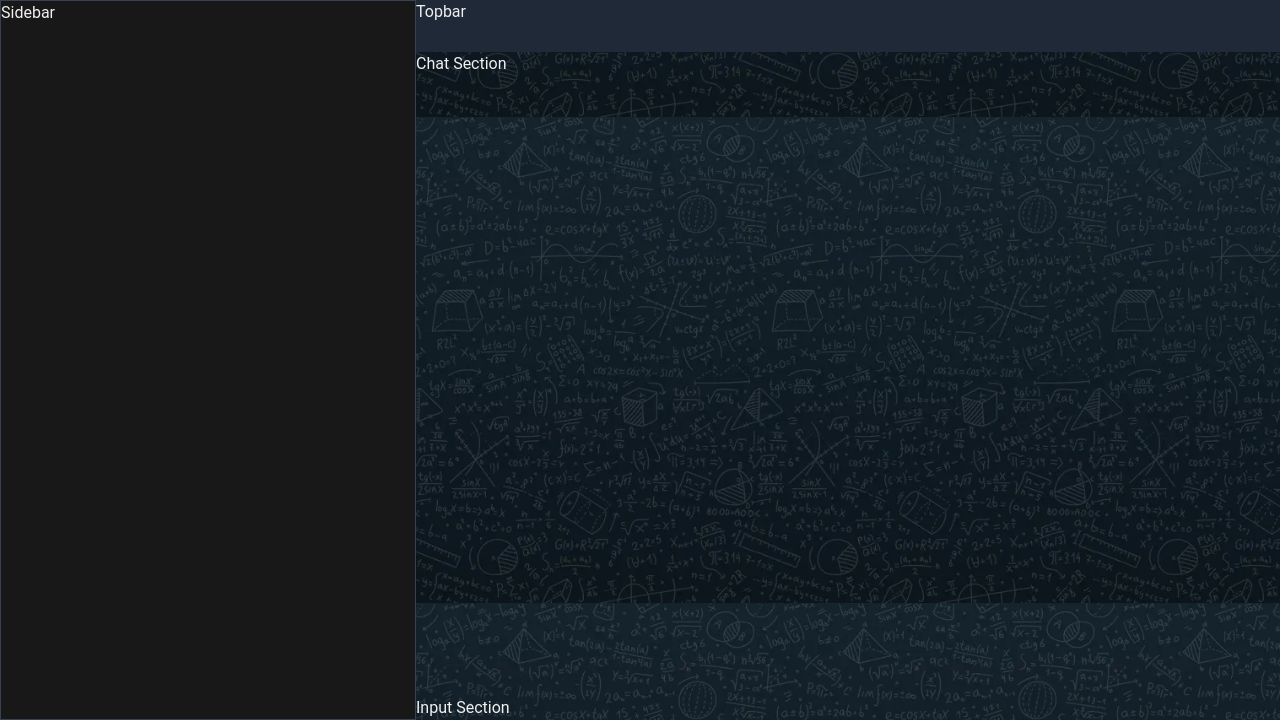
Repository: Qu4ntumGuy/telegram-clone
Page: /
These files come from the project's save history. The page is drawn as it stood at one moment and after the next save; the edit follows.
The browser window is 1280 px wide. The pictures show the whole page.
The project was rebuilt for these pictures with package versions that can differ from the ones it lists, and the page was loaded fresh each time. Also part of the build but not shown: src/Utils/ContextProvider.js.

Above is the page before, as saved 2024-07-15 11:34:10.

### src/index.css
@tailwind base;
@tailwind components;
@tailwind utilities;

:root {
  font-family: "Roboto", sans-serif;
  color-scheme: light;
  body {
    @apply bg-[#181818] text-[#f0f0f0];
  }
}
/*
:root {
  @apply bg-[#181818];
} */

### src/App.js
import { Routes, BowserRouter, Route } from "react-router-dom";
import Sidebar from "./Components/Sidebar";
import Home from "./Pages/Home/Home";

function App() {
  return (
    <div className="flex max-w-[105rem] mx-auto">
      <Sidebar />

      <Home />
    </div>
  );
}

export default App;

### src/Components/Sidebar.js
import React from "react";
import { useComponentContext } from "../Utils/ContextProvider";

function Sidebar() {
  const context = useComponentContext();
  return (
    <div className="min-w-[26rem] border border-gray-700 h-screen">Sidebar</div>
  );
}

export default Sidebar;

### src/Pages/Home/Home.js
import React from "react";
import backgroundImage from "../../Assets/Desktop.webp";

function Home() {
  const image =
    "https://blog.1a23.com/wp-content/uploads/sites/2/2020/02/pattern_02-150x150.png";

  //   const divStyle = {
  //     width: "100%",
  //     height: "100vh", // Adjust the height as needed
  //     backgroundImage: `url(${backgroundImage})`,
  //     backgroundSize: "cover", // Ensures the image covers the entire div
  //     backgroundPosition: "center", // Centers the image
  //   };
  return (
    <div
      className="flex flex-col justify-center bg-contain bg-center h-screen bg-slate-200 w-full "
      style={{ backgroundImage: `url(${backgroundImage})` }}
    >
      <div className="top-0 mb-auto h-14 border-b border-gray-800 bg-gray-800">
        Topbar
      </div>
      <div className="flex flex-col h-full">
        <div className="top-0">Chat Section</div>
        <div className="bottom-0 mt-auto">Input Section</div>
      </div>
    </div>
  );
}

export default Home;

Loaded but not shown: public/index.html (common file); src/index.js (common file); src/reportWebVitals.js (common file); tailwind.config.js (common file)

After the next save:
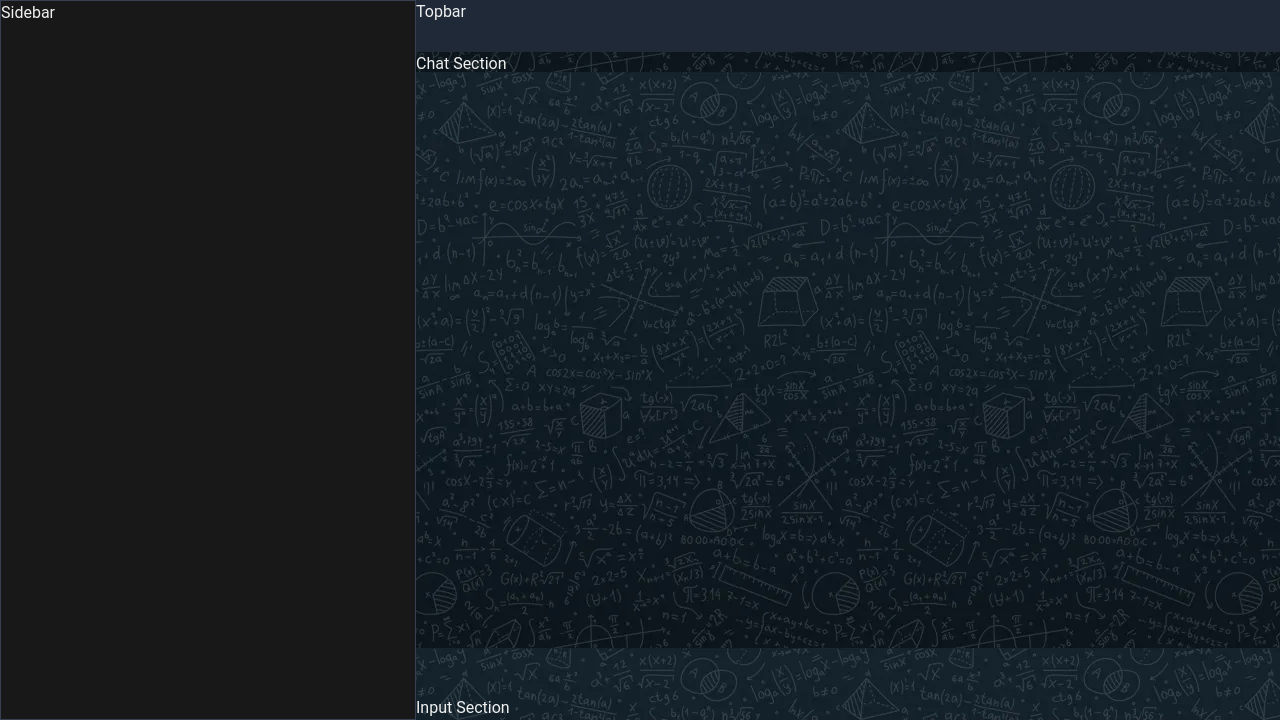
Saved 22 s later.
--- a/src/Pages/Home/Home.js
+++ b/src/Pages/Home/Home.js
@@ -14,7 +14,7 @@ function Home() {
   //   };
   return (
     <div
-      className="flex flex-col justify-center bg-contain bg-center h-screen bg-slate-200 w-full "
+      className="flex flex-col justify-center bg-center h-screen bg-slate-200 w-full "
       style={{ backgroundImage: `url(${backgroundImage})` }}
     >
       <div className="top-0 mb-auto h-14 border-b border-gray-800 bg-gray-800">
